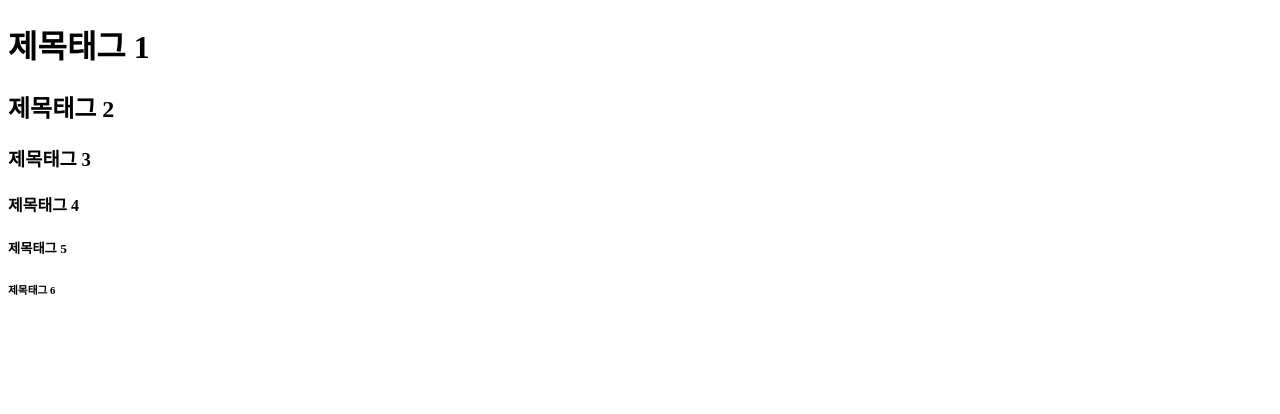
Repository: claddds/2023_webstudy
Page: 01_html/src/main/webapp/day01/ex02_header.html
The author's editor kept a copy of each file at every save. The page is drawn from the files as they stood at one save, then again after the next save.
The browser window is 1280 px wide. The pictures show the whole page.

Above is the page before, as saved 2023-06-19 06:23:24.

### 01_html/src/main/webapp/day01/ex02_header.html
<!DOCTYPE html>
<html>
<head>
<meta charset="UTF-8">
<title>제목태그: h1 ~ h6</title>
</head>
<body>
<!--
	h1 ~ h6: 웹 페이지의 제목이나 부제목을 표현할 때 사용하는 태그
	h1 가장 크고, h6이 가장 작다.
	높은 것 부터 순서대로 사용하는 것이 원칙이다.
	h0, h7 등 없는 태그를 사용하면 일반글자 취급한다.
	제목태그는 일반 글자보다 굵고 자동으로 문단이 변경 된다.
	** 블록 레벨 중 하나이다.
	** 블록 레벨: 한 줄 전체를 자기 영역으로 인식(자동으로 문단변경 = 줄 바꿈이 된다.)
		인라인 레벨: 해당 영역만 자기 영역으로 인식한다.
 -->

 <h1>제목태그 1</h1>
 <h2>제목태그 2</h2>
 <h3>제목태그 3</h3>
 <h4>제목태그 4</h4>
 <h5>제목태그 5</h5>
 <h6>제목태그 6</h6>
</body>
</html>

After the next save:
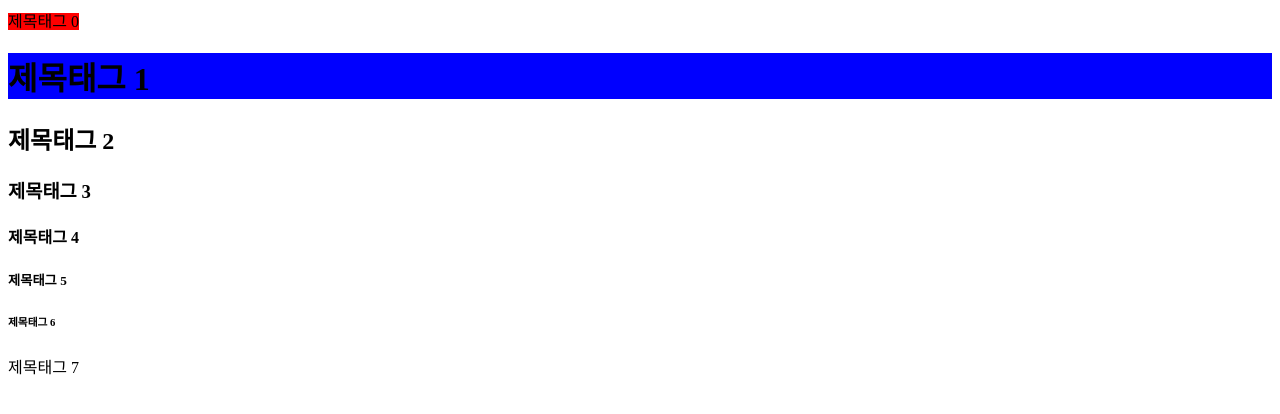
Saved 19 min 20 s later.
--- a/01_html/src/main/webapp/day01/ex02_header.html
+++ b/01_html/src/main/webapp/day01/ex02_header.html
@@ -16,11 +16,13 @@
 		인라인 레벨: 해당 영역만 자기 영역으로 인식한다.
  -->
 
- <h1>제목태그 1</h1>
+ <h0 style="background-color: red">제목태그 0</h0>
+ <h1 style="background-color: blue">제목태그 1</h1>
  <h2>제목태그 2</h2>
  <h3>제목태그 3</h3>
  <h4>제목태그 4</h4>
  <h5>제목태그 5</h5>
  <h6>제목태그 6</h6>
+ <h7>제목태그 7</h7>
 </body>
 </html>
